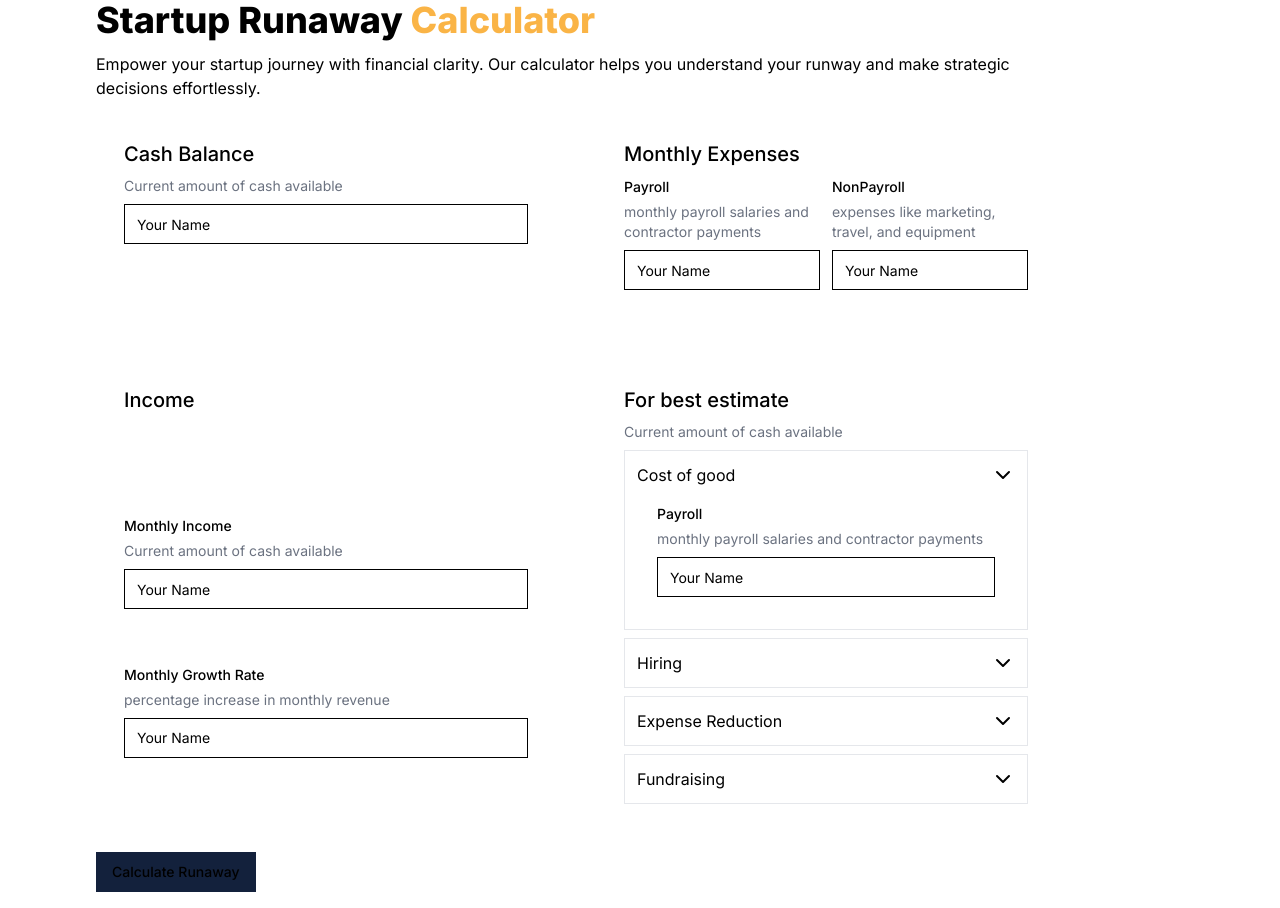
Repository: wossenF/startup-runaway-calculator
Page: /
The author's editor kept a copy of each file at every save. The page is drawn from the files as they stood at one save, then again after the next save.
The browser window is 1280 px wide. The pictures show the whole page.
The project was rebuilt for these pictures with package versions that can differ from the ones it lists, and the page was loaded fresh each time. The framework's server and built-in components were replaced by stand-ins that run in the browser. Also part of the build but not shown: next.config.mjs.

Above is the page before, as saved 2024-04-08 12:17:59.

### src/app/page.tsx
import UserInput from "../components/UserInput";
import {Button} from '../components/ui/button'
export default function Home() {
  return (
    <main className="ml-24 w-3/4 mx-auto">
      <h1 className="font-extrabold text-4xl">Startup Runaway <span className="text-[#FAB446]">Calculator</span></h1>
      <p className="mx-auto max-w-screen-md lg:max-w-screen-lg xl:max-w-screen-xl p-3 pl-0">Empower your startup journey with financial clarity. Our calculator  helps you understand your runway and make strategic decisions  effortlessly.</p>
      <UserInput/>
      <Button className="mb-4">Calculate Runaway</Button>
    </main>
  );
}

### src/components/UserInput.tsx
"use client";
import { Input } from "./ui/input";
import { Label } from "./ui/label";
import { ChevronDown } from "lucide-react";
import {Button} from "./ui/button"
const UserInput = () => {
  return (
    <>
    <div className="grid grid-cols-1 lg:grid-cols-2 gap-10 pb-5">
      <div className="bg-secondary/50 rounded-lg p-7  ">
        <form className="grid gap-2">
          <Label className="font-medium text-xl">Cash Balance</Label>
          <p className="text-gray-500 text-sm ">
            Current amount of cash available
          </p>
          <Input name="name" placeholder="Your Name" />
        </form>
      </div>

      <div className=" bg-secondary/50 rounded-lg p-7  grid gap-2">
        <Label className="font-medium text-xl">Monthly Expenses</Label>
        <div className="grid grid-cols-2 gap-3 pt-1">
          <div>
            <form className="grid gap-2">
              <Label className="">Payroll</Label>
              <p className="text-gray-500 text-sm ">
                monthly payroll salaries and contractor payments
              </p>
              <Input name="name" placeholder="Your Name" />
            </form>
          </div>
          <div>
            <form className="grid gap-2">
              <Label className="">NonPayroll</Label>
              <p className="text-gray-500 text-sm ">
                expenses like marketing, travel, and equipment
              </p>
              <Input name="name" placeholder="Your Name" />
            </form>
          </div>
        </div>
      </div>

      <div className=" bg-secondary/50 rounded-lg p-7  grid gap-2">
        <Label className="font-medium text-xl">Income</Label>
        <div className="grid gap-3 pt-1">
          <div>
            <form className="grid gap-2">
              <Label className="">Monthly Income</Label>
              <p className="text-gray-500 text-sm ">
                Current amount of cash available
              </p>
              <Input name="name" placeholder="Your Name" />
            </form>
          </div>
          <div>
            <form className="grid gap-2">
              <Label className="">Monthly Growth Rate</Label>
              <p className="text-gray-500 text-sm ">
                percentage increase in monthly revenue
              </p>
              <Input name="name" placeholder="Your Name" />
            </form>
          </div>
        </div>
      </div>

      <div className="bg-secondary/50 rounded-lg p-7  ">
        <form className="grid gap-2">
          <Label className="font-medium text-xl">For best estimate</Label>
          <p className="text-gray-500 text-sm ">
            Current amount of cash available
          </p>
          <div className="p-3 gap-20 border rounded-md  ">
            <div className="flex justify-between ">
              <p>Cost of good </p>
              <ChevronDown />
            </div>
            <div className="p-5 bg-">
            <form className="grid gap-2">
              <Label className="">Payroll</Label>
              <p className="text-gray-500 text-sm ">
                monthly payroll salaries and contractor payments
              </p>
              <Input name="name" placeholder="Your Name" />
            </form>
          </div>
          </div>
          <div className="flex justify-between p-3 gap-20 border rounded-md  ">
            <p>Hiring</p>
            <ChevronDown />
          </div>
          <div className="flex justify-between p-3 gap-20 border rounded-md  ">
            <p>Expense Reduction</p>
            <ChevronDown />
          </div>
          <div className="flex justify-between p-3 gap-20 border rounded-md  ">
            <p>Fundraising</p>
            <ChevronDown />
          </div>
        </form>
      </div>
    </div>

    </>
  );
};

export default UserInput;

### src/components/ui/button.tsx
import * as React from "react"
import { Slot } from "@radix-ui/react-slot"
import { cva, type VariantProps } from "class-variance-authority"

import { cn } from "@/lib/utils"

const buttonVariants = cva(
  "inline-flex items-center justify-center whitespace-nowrap text-sm font-medium ring-offset-background transition-colors focus-visible:outline-none focus-visible:ring-2 focus-visible:ring-ring focus-visible:ring-offset-2 disabled:pointer-events-none disabled:opacity-50",
  {
    variants: {
      variant: {
        default: "bg-[#13213C] text-primary-foreground hover:bg-primary/90",
        destructive:
          "bg-destructive text-destructive-foreground hover:bg-destructive/90",
        outline:
          "border border-input bg-background hover:bg-accent hover:text-accent-foreground",
        secondary:
          "bg-secondary text-secondary-foreground hover:bg-secondary/80",
        ghost: "hover:bg-accent hover:text-accent-foreground",
        link: "text-primary underline-offset-4 hover:underline",
      },
      size: {
        default: "h-10 px-4 py-2",
        sm: "h-9 rounded-md px-3",
        lg: "h-11 rounded-md px-8",
        icon: "h-10 w-10",
      },
    },
    defaultVariants: {
      variant: "default",
      size: "default",
    },
  }
)

export interface ButtonProps
  extends React.ButtonHTMLAttributes<HTMLButtonElement>,
    VariantProps<typeof buttonVariants> {
  asChild?: boolean
}

const Button = React.forwardRef<HTMLButtonElement, ButtonProps>(
  ({ className, variant, size, asChild = false, ...props }, ref) => {
    const Comp = asChild ? Slot : "button"
    return (
      <Comp
        className={cn(buttonVariants({ variant, size, className }))}
        ref={ref}
        {...props}
      />
    )
  }
)
Button.displayName = "Button"

export { Button, buttonVariants }

### src/components/ui/input.tsx
import * as React from "react"

import { cn } from "@/lib/utils"

export interface InputProps
  extends React.InputHTMLAttributes<HTMLInputElement> {}

const Input = React.forwardRef<HTMLInputElement, InputProps>(
  ({ className, type, ...props }, ref) => {
    return (
      <input
        type={type}
        className={cn(
          "flex h-10 w-full rounded-md border border-input bg-background px-3 py-2 text-sm ring-offset-background file:border-0 file:bg-transparent file:text-sm file:font-medium placeholder:text-muted-foreground focus-visible:outline-none focus-visible:ring-2 focus-visible:ring-ring focus-visible:ring-offset-2 disabled:cursor-not-allowed disabled:opacity-50",
          className
        )}
        ref={ref}
        {...props}
      />
    )
  }
)
Input.displayName = "Input"

export { Input }

### src/components/ui/label.tsx
"use client"

import * as React from "react"
import * as LabelPrimitive from "@radix-ui/react-label"
import { cva, type VariantProps } from "class-variance-authority"

import { cn } from "@/lib/utils"

const labelVariants = cva(
  "text-sm font-medium leading-none peer-disabled:cursor-not-allowed peer-disabled:opacity-70"
)

const Label = React.forwardRef<
  React.ElementRef<typeof LabelPrimitive.Root>,
  React.ComponentPropsWithoutRef<typeof LabelPrimitive.Root> &
    VariantProps<typeof labelVariants>
>(({ className, ...props }, ref) => (
  <LabelPrimitive.Root
    ref={ref}
    className={cn(labelVariants(), className)}
    {...props}
  />
))
Label.displayName = LabelPrimitive.Root.displayName

export { Label }

Loaded but not shown: src/app/layout.tsx (common file); src/app/globals.css (common file); src/lib/utils.ts (common file); tailwind.config.ts (common file)

After the next save:
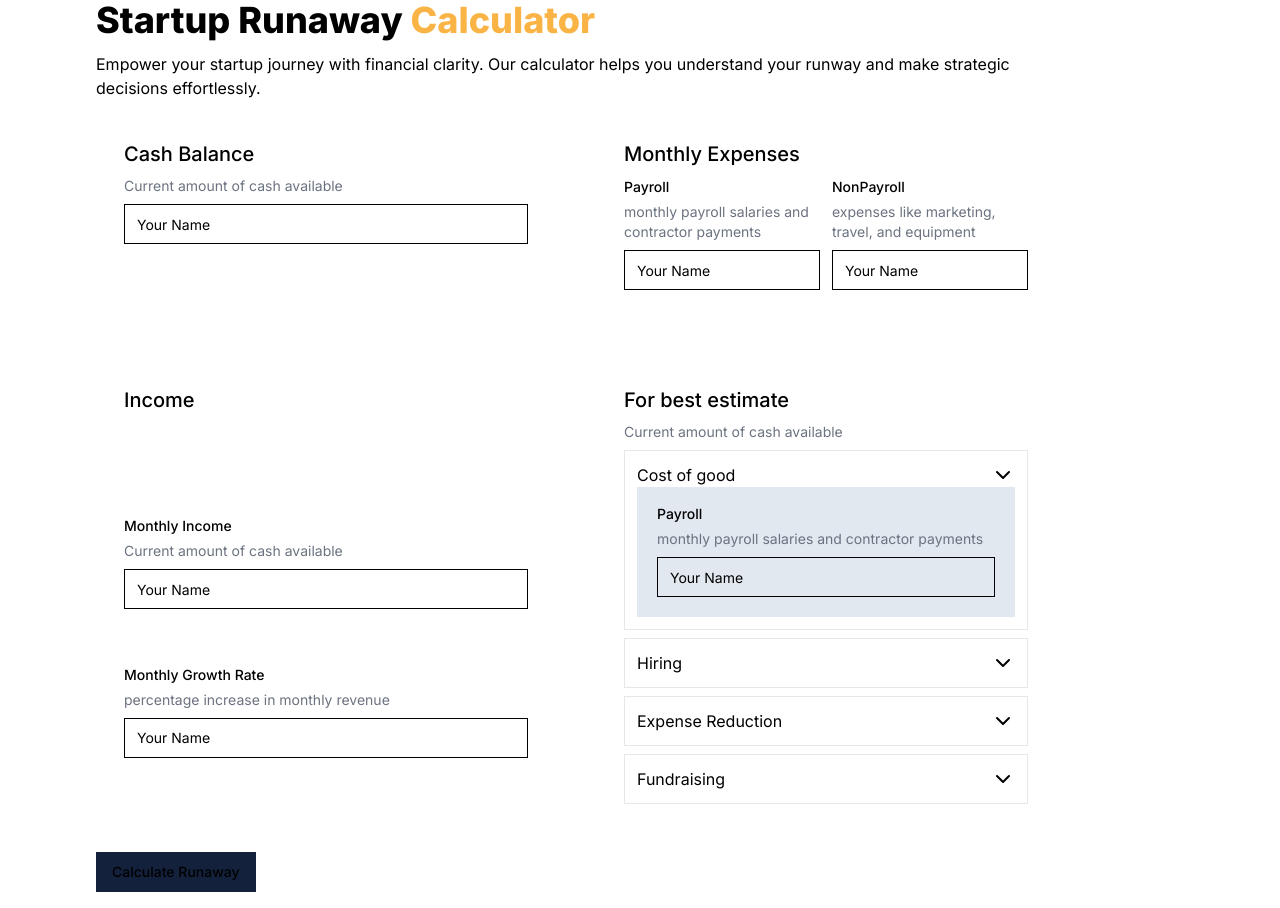
Saved 5 s later.
--- a/src/components/UserInput.tsx
+++ b/src/components/UserInput.tsx
@@ -76,7 +76,7 @@
               <p>Cost of good </p>
               <ChevronDown />
             </div>
-            <div className="p-5 bg-">
+            <div className="p-5 bg-slate-200">
             <form className="grid gap-2">
               <Label className="">Payroll</Label>
               <p className="text-gray-500 text-sm ">

After the save that followed:
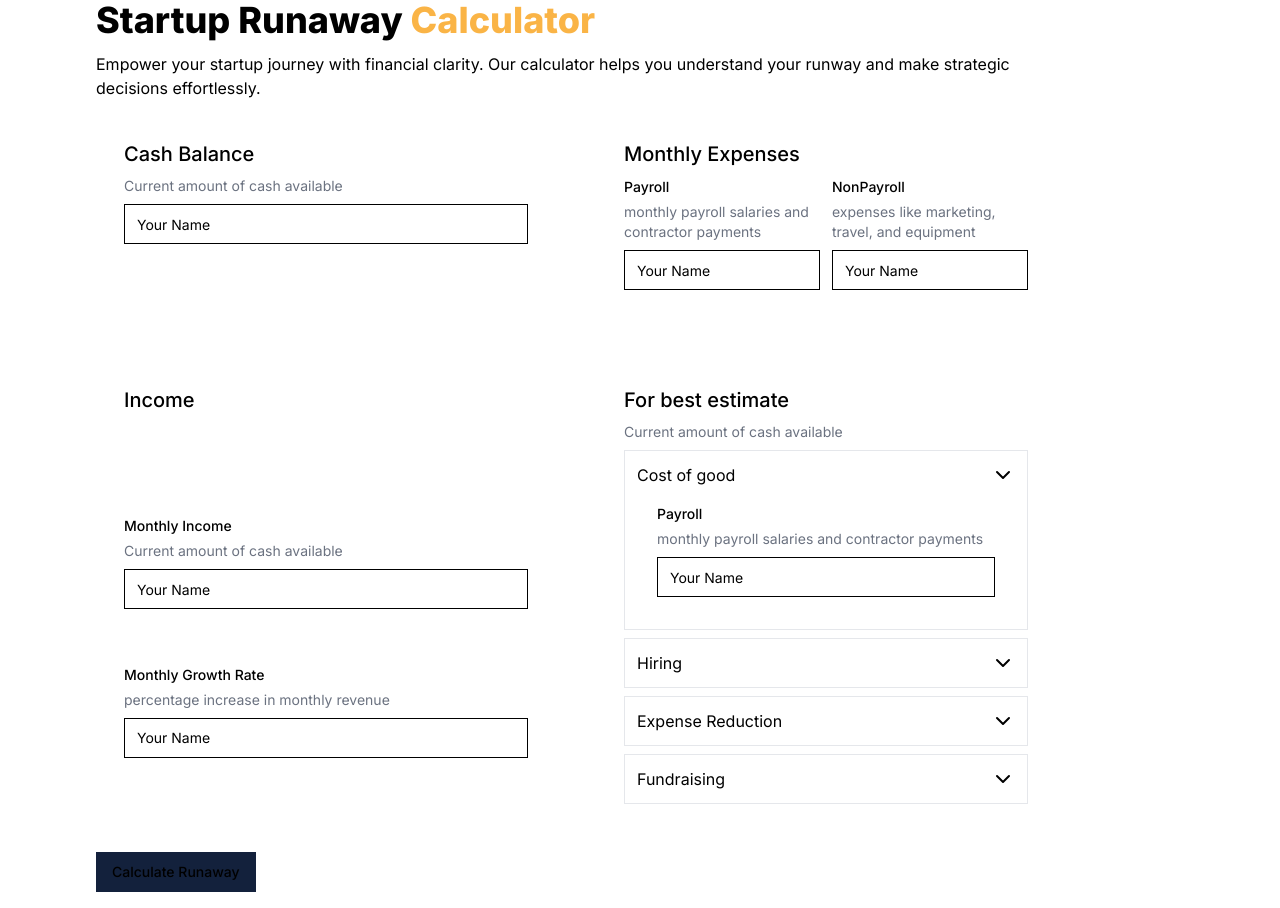
Saved 20 s later.
--- a/src/components/UserInput.tsx
+++ b/src/components/UserInput.tsx
@@ -76,7 +76,7 @@
               <p>Cost of good </p>
               <ChevronDown />
             </div>
-            <div className="p-5 bg-slate-200">
+            <div className="p-5 bg-slate-">
             <form className="grid gap-2">
               <Label className="">Payroll</Label>
               <p className="text-gray-500 text-sm ">
